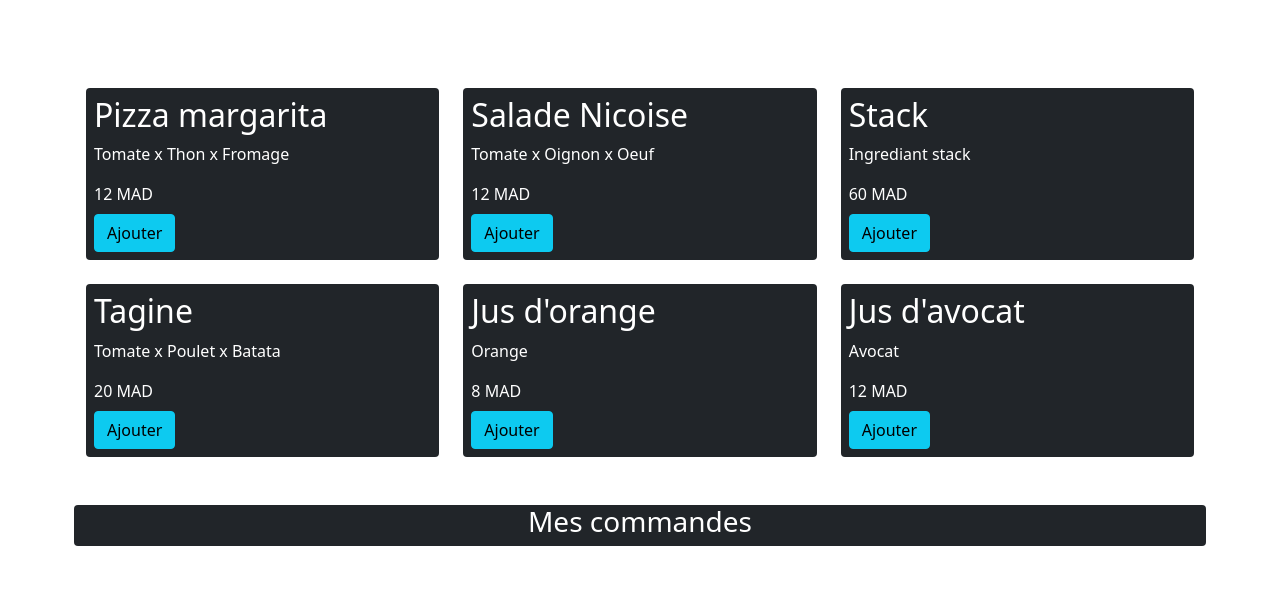
Repository: FS-23/my-restaurant
Page: /
The author's editor kept a copy of each file at every save. The page is drawn from the files as they stood at one save, then again after the next save.
The browser window is 1280 px wide. The pictures show the whole page.
The project was rebuilt for these pictures with package versions that can differ from the ones it lists, and the page was loaded fresh each time.

Above is the page before, as saved 2022-04-29 14:06:10.

### public/index.html
<!DOCTYPE html>
<html lang="en">
  <head>
    <meta charset="utf-8" />
    <link rel="icon" href="%PUBLIC_URL%/favicon.ico" />
    <meta name="viewport" content="width=device-width, initial-scale=1" />
    <meta name="theme-color" content="#000000" />
    <meta
      name="description"
      content="Web site created using create-react-app"
    />
    <link rel="apple-touch-icon" href="%PUBLIC_URL%/logo192.png" />
    <!--
      manifest.json provides metadata used when your web app is installed on a
      user's mobile device or desktop. See https://developers.google.com/web/fundamentals/web-app-manifest/
    -->
    <link rel="manifest" href="%PUBLIC_URL%/manifest.json" />
    <!--
      Notice the use of %PUBLIC_URL% in the tags above.
      It will be replaced with the URL of the `public` folder during the build.
      Only files inside the `public` folder can be referenced from the HTML.

      Unlike "/favicon.ico" or "favicon.ico", "%PUBLIC_URL%/favicon.ico" will
      work correctly both with client-side routing and a non-root public URL.
      Learn how to configure a non-root public URL by running `npm run build`.
    -->
    <title>React App</title>
    <!-- CSS only -->
<link href="https://cdn.jsdelivr.net/npm/bootstrap@5.1.3/dist/css/bootstrap.min.css" rel="stylesheet">
  </head>
  <body>
    <noscript>You need to enable JavaScript to run this app.</noscript>
    <div id="root"></div>
    <!--
      This HTML file is a template.
      If you open it directly in the browser, you will see an empty page.

      You can add webfonts, meta tags, or analytics to this file.
      The build step will place the bundled scripts into the <body> tag.

      To begin the development, run `npm start` or `yarn start`.
      To create a production bundle, use `npm run build` or `yarn build`.
    -->
  </body>
</html>

### src/index.css
.plat-container:hover {
     top: -10px;

}

.plat-container {
  top: 0;
  transition: top 0.5s;
}


.app-gradient-container {
   background-image: linear-gradient(160deg , red , blue);
   opacity: 0.2;
}

### src/App.js
import Menu from './components/Menu'
function App() {
  return (
    <div className="">
       <div className='vw-100 vh-100 position-fixed text-white'>
           <div className='position-absolute d-none top-0 w-100 h-100 bg-dark app-gradient-container'>

           </div>
           <div className="mt-5 p-3 rounded container ">
              <Menu />
           </div>
       </div>
    </div>
  );
}

export default App;

### src/components/Menu.js
import { useState } from "react"
import Plat from "./Plat"
function Menu(){
    let [orders , setOrders] = useState([])
    let menuList = [
          {id: 1 , name: "Pizza margarita" , price: 12 , ingredient: "Tomate x Thon x Fromage"},
          {id: 2 , name: "Salade Nicoise" , price: 12 , ingredient: "Tomate x Oignon x Oeuf"},
          {id: 3 , name: "Stack" , price: 60 , ingredient: "Ingrediant stack"},
          {id: 4 , name: "Tagine" , price: 20 , ingredient: "Tomate x Poulet x Batata"},
          {id: 5 , name: "Jus d'orange" , price: 8 , ingredient: "Orange"},
          {id: 6 , name: "Jus d'avocat" , price: 12 , ingredient: "Avocat"},
    ]

    return (
        <div className="row">
           {
               menuList.map((menu) =>   < Plat name= {menu.name} price={menu.price} ingredient={menu.ingredient} />)
           }

           <div className="bg-dark rounded mt-5">
                <h3 className="text-center">Mes commandes</h3>
           </div>

        </div>
    )
}

export default Menu

### src/components/Plat.js

function Plat (props){
    return(
        <div className=" col-1 col-sm-2 col-lg-4 mt-4 position-relative plat-container" >
            <div className="bg-dark p-2 rounded">
                <h2>{props.name} </h2>
                <p> {props.ingredient}</p>
                <div>
                    {props.price} MAD
                </div>
                <button className="btn btn-info mt-2">Ajouter</button>
            </div>
       </div>


    )
}

export default Plat

Loaded but not shown: src/index.js (common file)

After the next save:
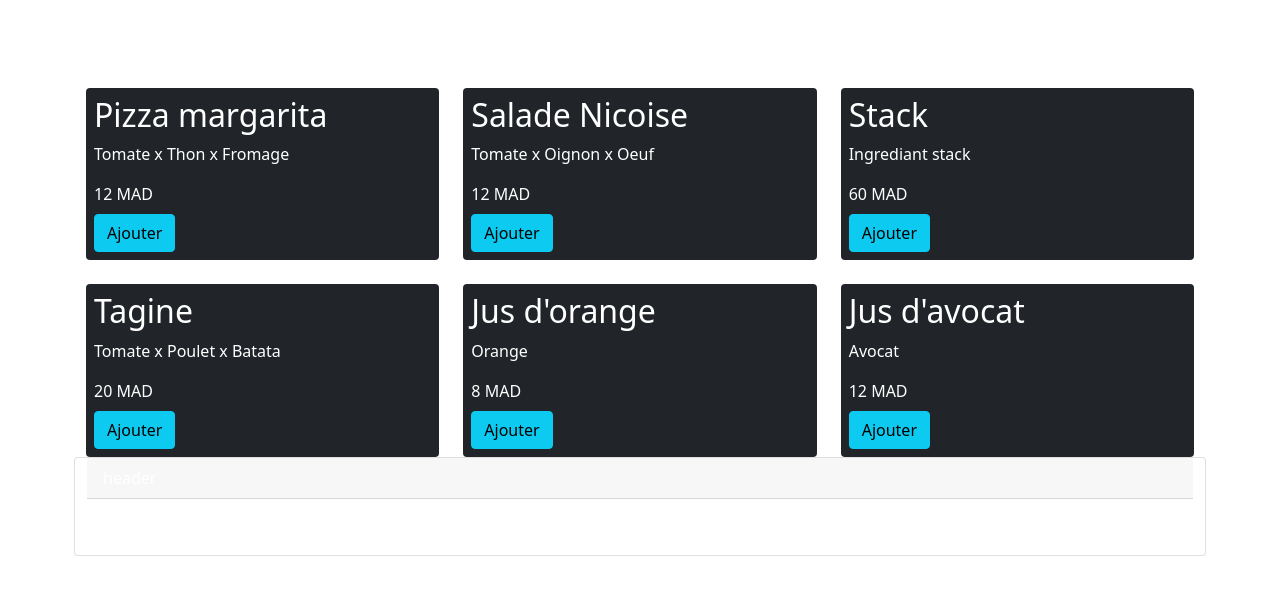
Saved 89 s later.
--- a/src/components/Menu.js
+++ b/src/components/Menu.js
@@ -16,9 +16,14 @@ function Menu(){
            {
                menuList.map((menu) =>   < Plat name= {menu.name} price={menu.price} ingredient={menu.ingredient} />)
            }
+           <div className="card">
+                 <div className="card-header">header</div>
+                <div className="card-body">body</div>
 
+           </div>
            <div className="bg-dark rounded mt-5">
-                <h3 className="text-center">Mes commandes</h3>
+
+
            </div>
 
         </div>
